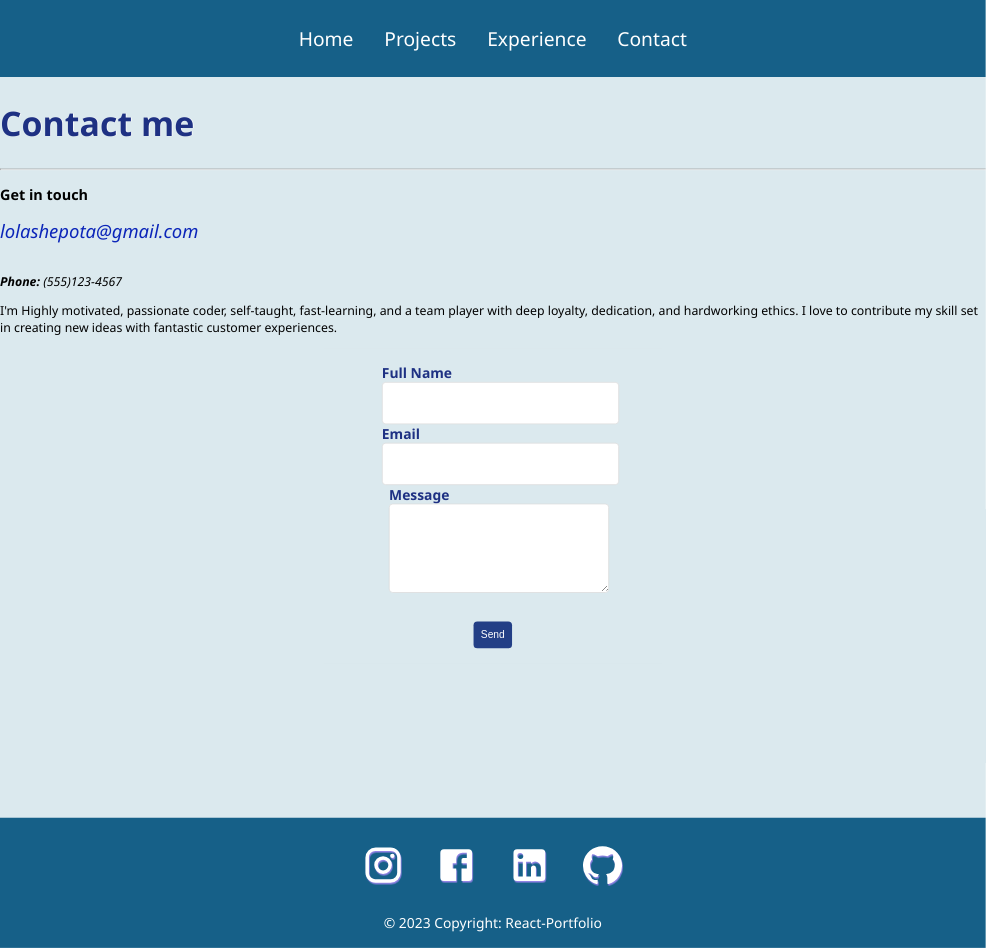
Repository: LolaSL/react-portfolio
Page: /contact
These files come from the project's save history. The page is drawn as it stood at one moment and after a run of saves; the edit follows.
The browser window is 1280 px wide. The pictures show the whole page, at 77% of full size.
The project was rebuilt for these pictures with package versions that can differ from the ones it lists, and the page was loaded fresh each time. Also part of the build but not shown: src/pages/Home/Style.css, src/pages/Home/Home.jsx, src/components/ProjectItem/Style.css, src/components/ProjectItem/ProjectItem.jsx, src/helpers/ProjectList.js, src/pages/Projects/Style.css, src/pages/Projects/Projects.jsx, src/pages/Experience/Style.css and 2 more.

Above is the page before, as saved 2023-09-26 11:02:27.

After the next 2 saves:
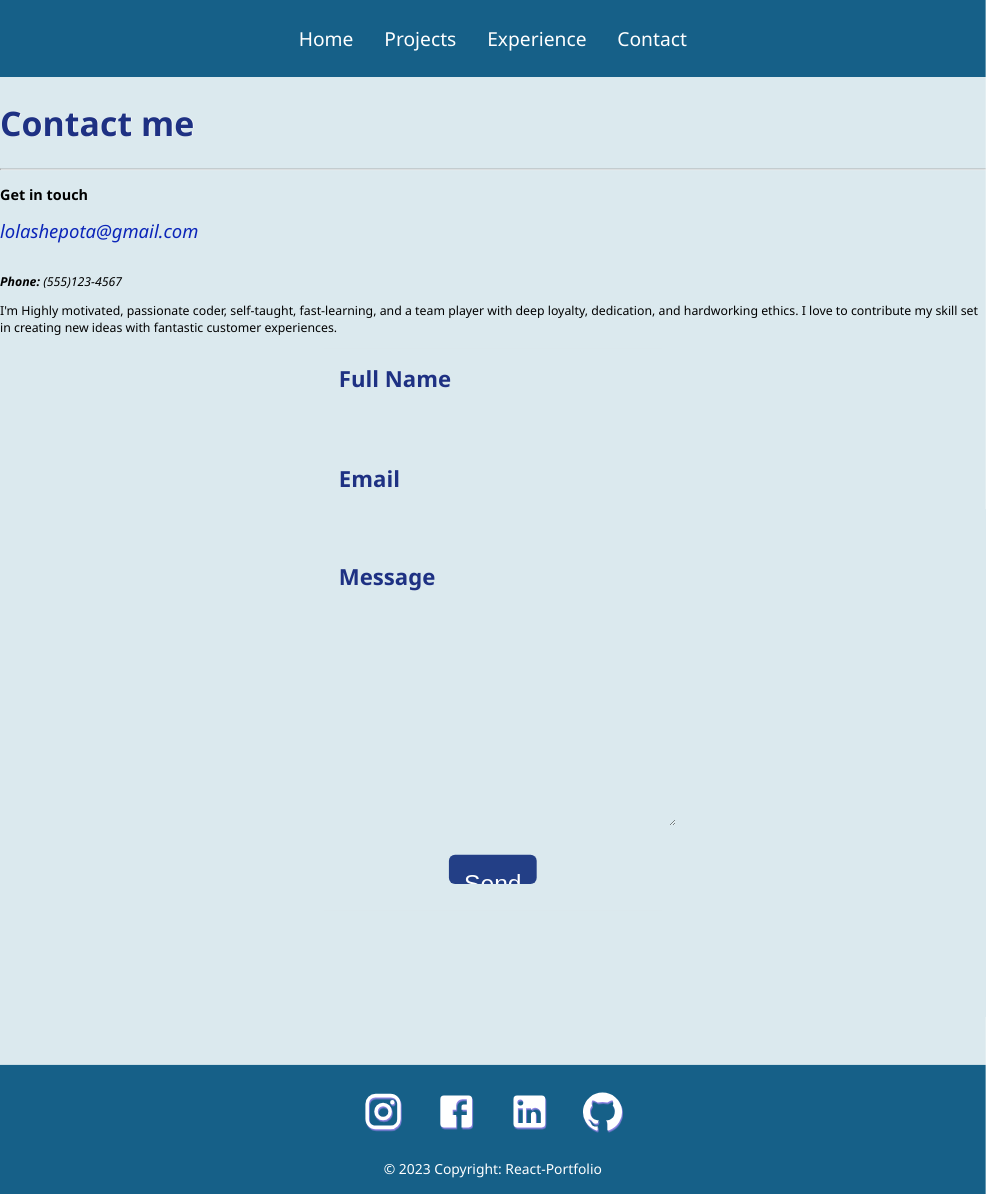
The 2 saves are shown as one change because they came seconds apart.
The last was saved 30 h 27 min later.
--- a/src/pages/Contact/Style.css
+++ b/src/pages/Contact/Style.css
@@ -62,3 +62,40 @@ h1{
     color: white;
     border: none;
   }
+
+  width: 100%;
+  .form-group {
+    width: 100%;
+    margin-bottom: 2rem;
+  }
+  label {
+    font-size: 1.8rem;
+  }
+  input,
+  textarea {
+    width: 100%;
+    font-size: 2rem;
+    padding: 1.2rem;
+    color: var(--gray-1);
+    background-color: var(--deep-dark);
+    outline: none;
+    border: none;
+    border-radius: 8px;
+    margin-top: 1rem;
+  }
+  textarea {
+    min-height: 250px;
+    resize: vertical;
+  }
+  button[type='submit'] {
+    background-color: var(--gray-1);
+    color: var(--black);
+    font-size: 2rem;
+    display: inline-block;
+    outline: none;
+    border: none;
+    padding: 1rem 4rem;
+    border-radius: 8px;
+    cursor: pointer;
+  }
+`;
